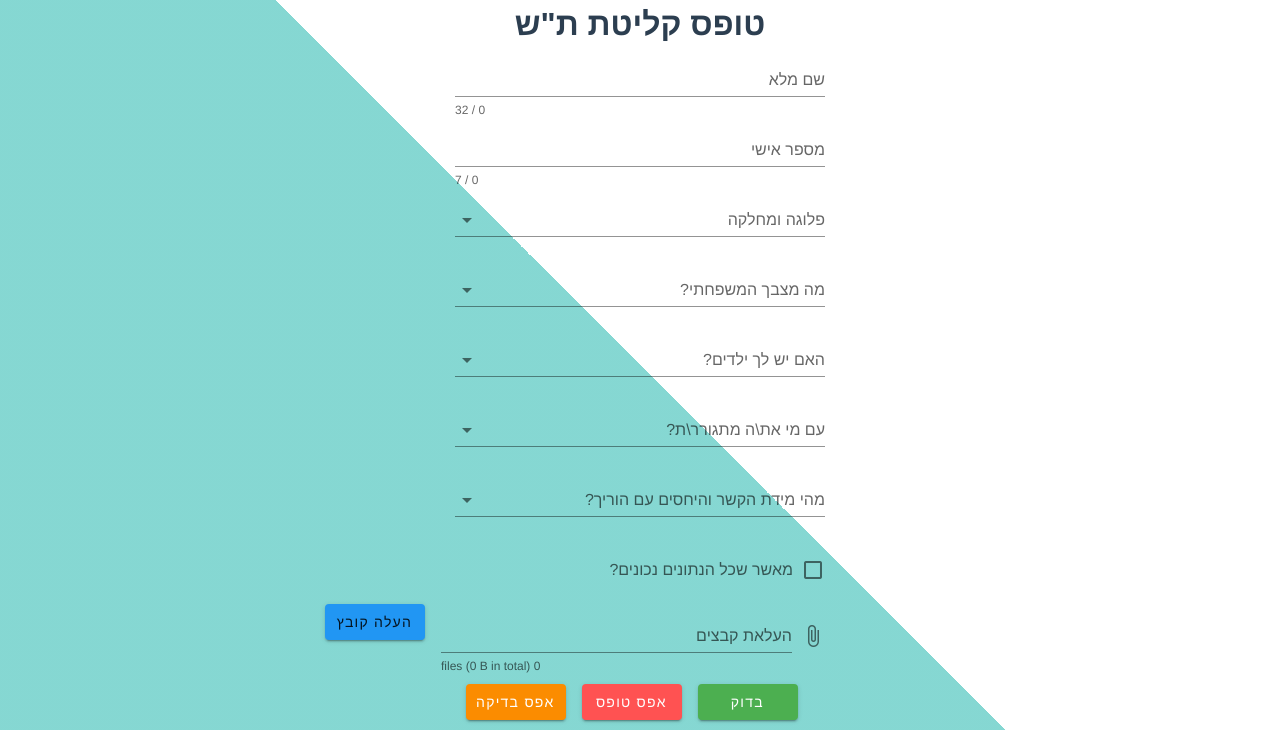
Repository: Natanhel/klitat-tash
Page: /
These files come from the project's save history. The page is drawn as it stood at one moment and after the next save; the edit follows.
The browser window is 1280 px wide. The pictures show the whole page.
The page's requests for data from a server got no answer. The project was rebuilt for these pictures with package versions that can differ from the ones it lists, and the page was loaded fresh each time. No one was signed in, and anything a server would have sent is missing. Also part of the build but not shown: vue.config.js.

Above is the page before, as saved 2020-12-01 18:09:43.

After the next save:
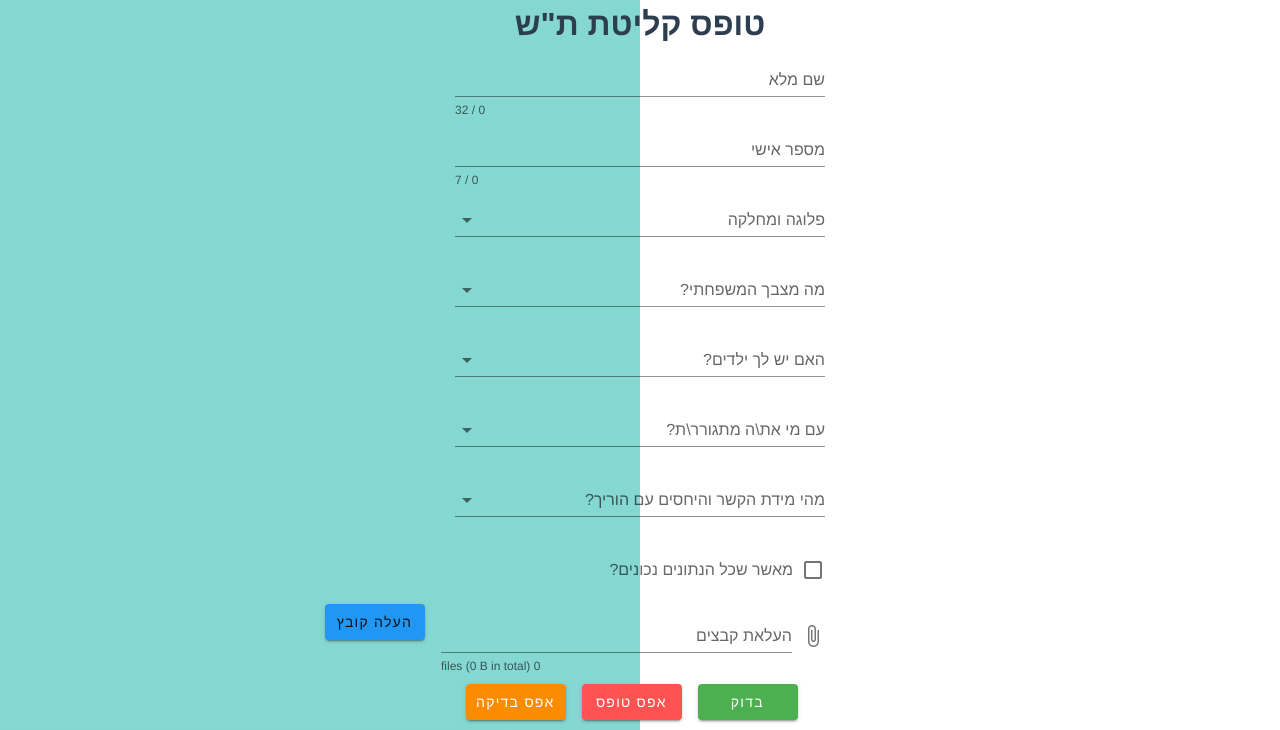
Saved 11 s later.
--- a/src/App.vue
+++ b/src/App.vue
@@ -274,6 +274,6 @@ form
 html
 {
   background: rgb(13,176,166);
-background: linear-gradient(45deg, rgba(13,176,166,0.5) 50%, rgba(255,255,255,1) 50%  );
+background: linear-gradient(90deg, rgba(13,176,166,0.5) 50%, rgba(255,255,255,1) 50%  );
 }
 </style>
